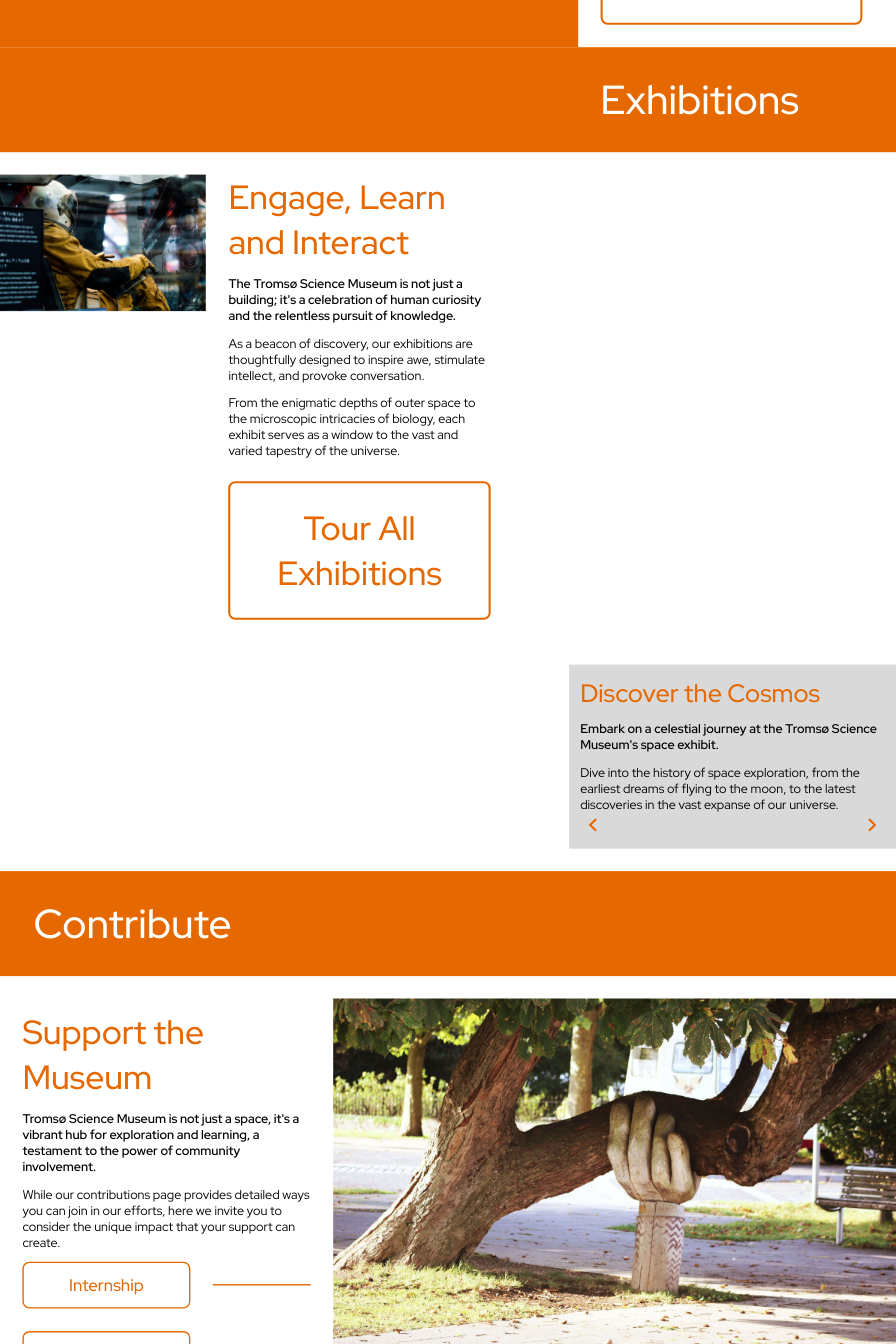
Repository: benjaminskarding/Semester-Project
Page: index.html
These files come from the project's save history. The page is drawn as it stood at one moment and after the next save; the edit follows.
The browser window is 1280 px wide. The pictures show the part of the page from y = 3248 to 5168 px (the page is 6258 px tall before and 6061 px after), at 70% of full size.

Above is the page before, as saved 2023-12-19 03:55:53.

After the next save:
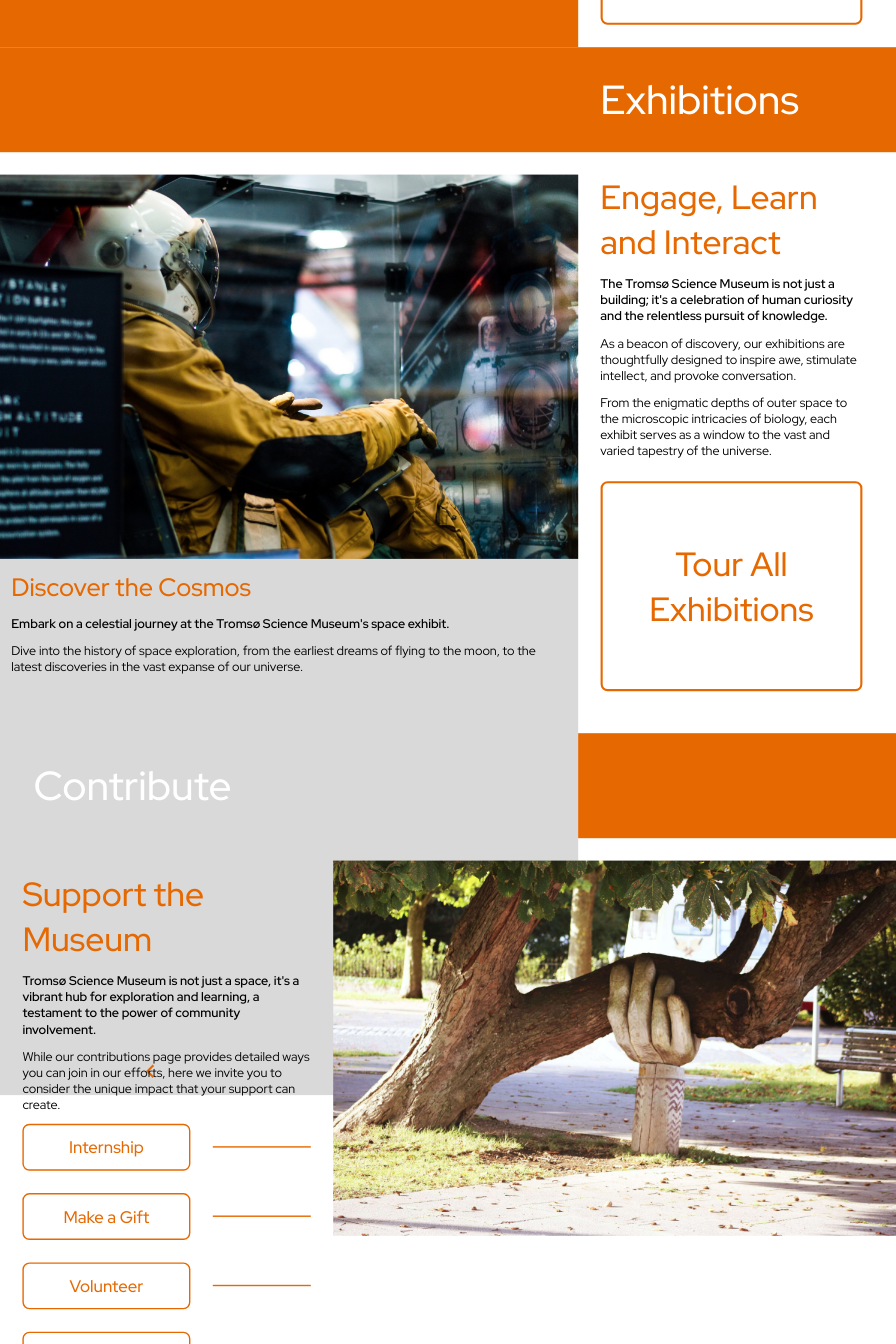
Saved 31 s later.
--- a/index.html
+++ b/index.html
@@ -209,18 +209,19 @@
     <div class="grid3">
         <div class="imageCarousel image">
             <img src="assets/images/other/spaceman.jpg">
-        </div>
-        <div class="carouselDescription">
-            <div class="column-text-content">
-                <h5 class="orange">Discover the Cosmos</h5>
-                <p class="semibold">Embark on a celestial journey at the Tromsø Science Museum's space exhibit.</p>
-                <p>Dive into the history of space exploration, from the earliest dreams of flying to the moon, to the latest discoveries in the vast expanse of our universe.</p>
-            </div>
-            <div class="carouselArrows">
-                <img src="assets/images/icons/arrow-left-s-line.svg" class="arrow">
-                <img src="assets/images/icons/arrow-right-s-line.svg" class="arrow">
-            </div>
-        </div>
+            <div class="carouselDescription">
+                <div class="column-text-content">
+                    <h5 class="orange">Discover the Cosmos</h5>
+                    <p class="semibold">Embark on a celestial journey at the Tromsø Science Museum's space exhibit.</p>
+                    <p>Dive into the history of space exploration, from the earliest dreams of flying to the moon, to the latest discoveries in the vast expanse of our universe.</p>
+                </div>
+                <div class="carouselArrows">
+                    <img src="assets/images/icons/arrow-left-s-line.svg" class="arrow">
+                    <img src="assets/images/icons/arrow-right-s-line.svg" class="arrow">
+                </div>
+            </div>
+        </div>
+
         <div class="exhibText">
             <div class="right-column-text-content">
                 <h4 class="medium orange">Engage, Learn and Interact</h4>
